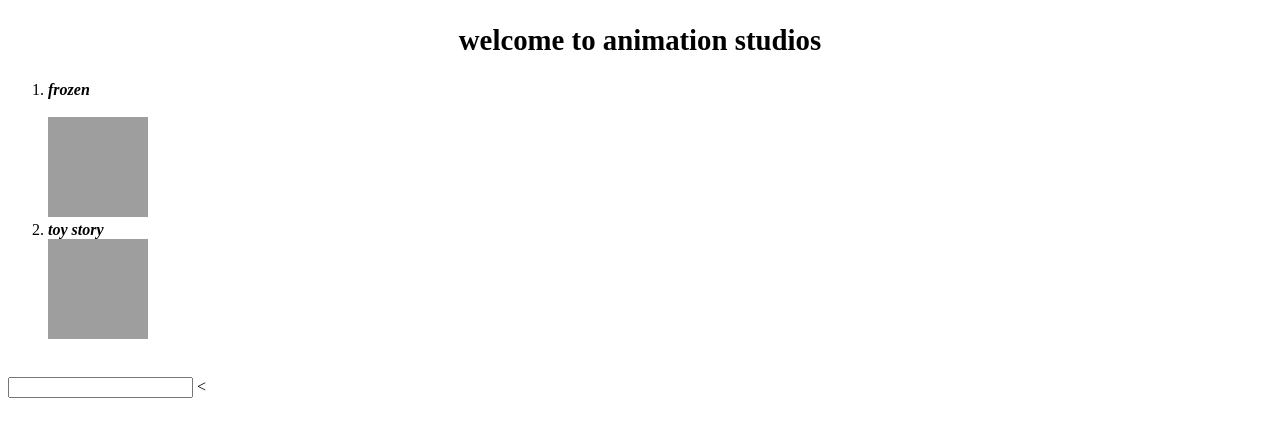
Repository: Rock-ass/New-folder--2-
Page: index.html
An editor plug-in stored every save of this project. The page is shown before and after a run of saves, followed by the edit.
The browser window is 1280 px wide. The pictures show the whole page.
Pictures or frames that could not be fetched are drawn as grey boxes.

Above is the page before, as saved 2021-12-24 21:32:30.

### index.html
<!DOCTYPE html>
<html lang="en">
    <html>
<head>
<meta charset="UTF-8">
<meta name="viewport" content="width=device-width, initial-scale=1.0">
<meta name= disney content="disney fan club">
<title> disney</title>
</head>
<body>
   <main>
   <section>
<big><h1 style="text-align: center;">welcome to animation studios</h1></big>

<ol>
<li>
   <strong><i>frozen</i></strong>

</li>
<br>
<img id:"img1"  src ="https://i.pinimg.com/originals/57/70/b2/5770b24cdb30423f5d6070719b9b01fb.jpg"  width="100" height="100" alt="frozen">
<style>
    img1{



    }

</style>
<br>

<li>
    <strong> <i>toy story</i> </strong>
    <br>
    <img id:"img2"  src ="https://m.media-amazon.com/images/M/MV5BMTgxOTY4Mjc0MF5BMl5BanBnXkFtZTcwNTA4MDQyMw@@._V1_FMjpg_UX1000_.jpg"  width="100" height="100" alt="frozen">
    <style>
        img2{



        }

    </style>
</li>
<br>






</ol>
<form action="results.html" method="get">
<input type="name" name=name >

<
</form>


   </section>








   </main>






</body>





















    </html>

After the next 3 saves:
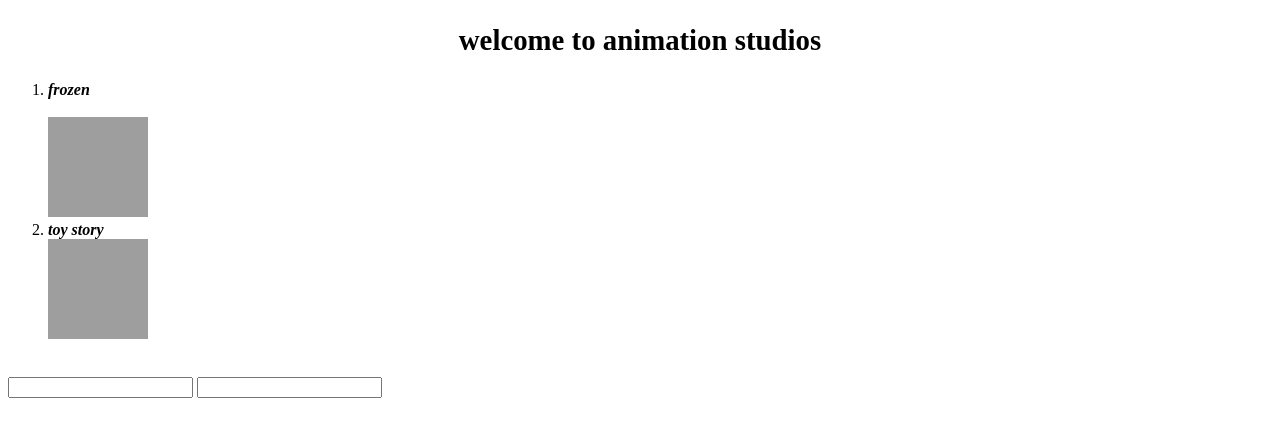
The 3 saves are shown as one change because they came seconds apart.
The last was saved 7 s later.
--- a/index.html
+++ b/index.html
@@ -53,7 +53,7 @@
 <form action="results.html" method="get">
 <input type="name" name=name >
 
-<
+<input>
 </form>
 
 
